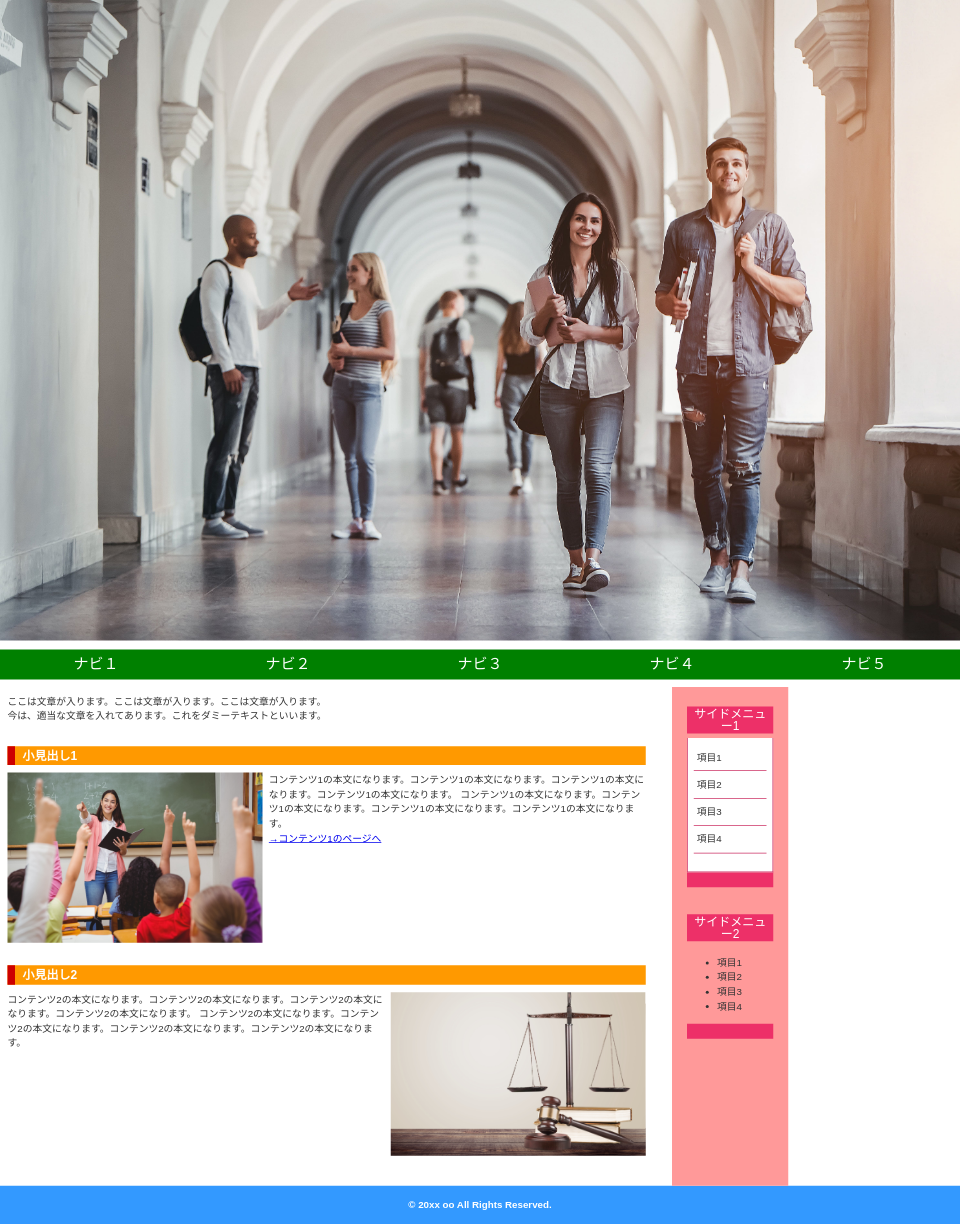
Repository: yoshi1924/samurai_HTML-CSS
Page: home.html
The author's editor kept a record of every edit. The page is drawn from the files as they stood at one moment, then again after the next edit.
The browser window is 1280 px wide. The pictures show the whole page, at 75% of full size.

Above is the page before.

After the next edit:
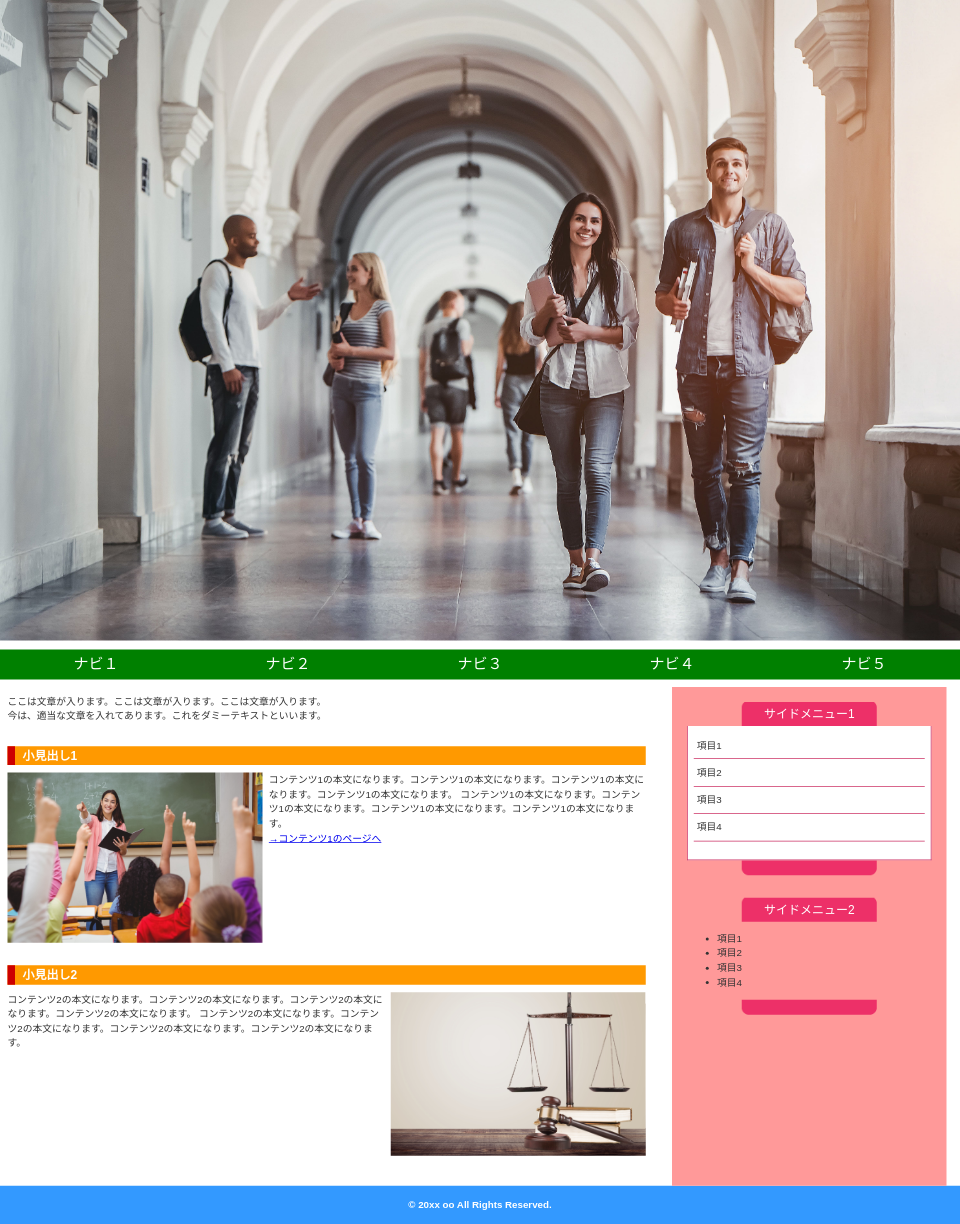
The edit:
--- a/stylesheet.css
+++ b/stylesheet.css
@@ -149,8 +149,7 @@
 
 /* -------------------- side -------------------- */
 #side {
-	 float: right;
-	 width: 30%;
+	 width: 85%;
 	 padding: 20px;
 	 background-color: #F99;
 }
